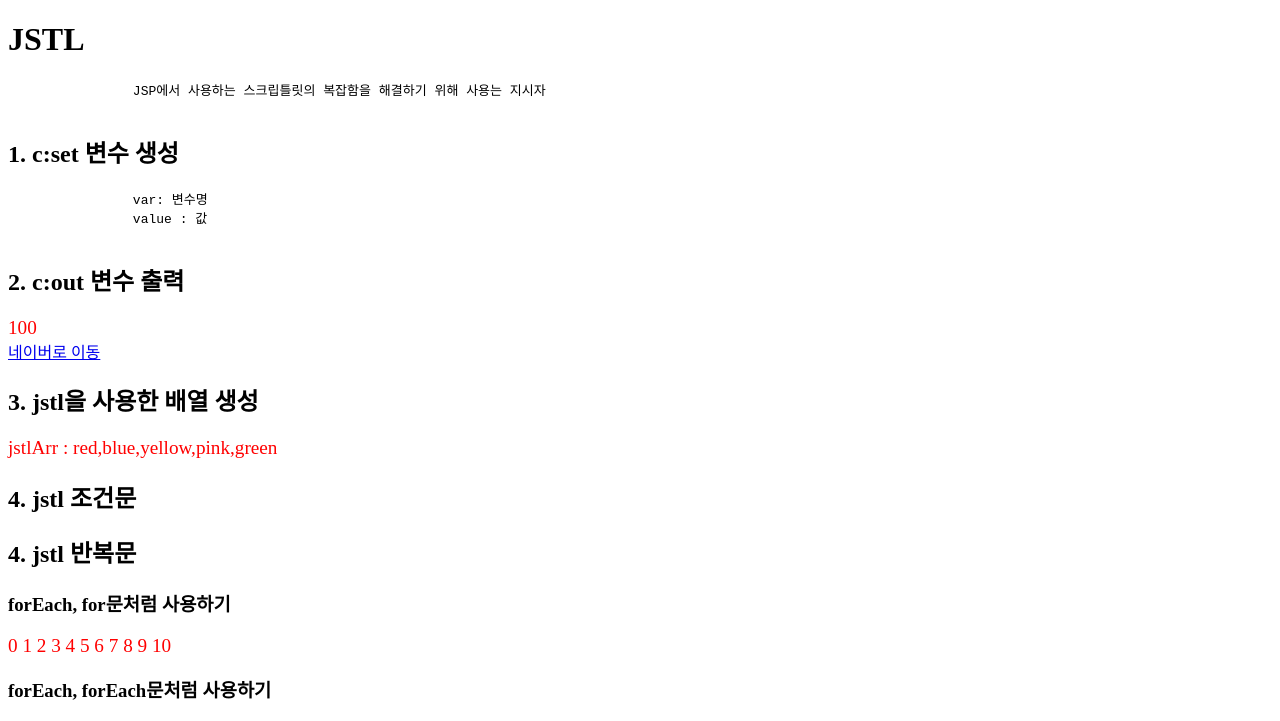
Repository: vaynel/StudyFile
Page: http://localhost/spring04_jsp/jstl
An editor plug-in stored every save of this project. The page is shown before and after the next save, followed by the edit.
The browser window is 1280 px wide. The pictures show the whole page.
The page is served by Tomcat 9.

Above is the page before, as saved 2023-01-20 02:18:44.

After the next save:
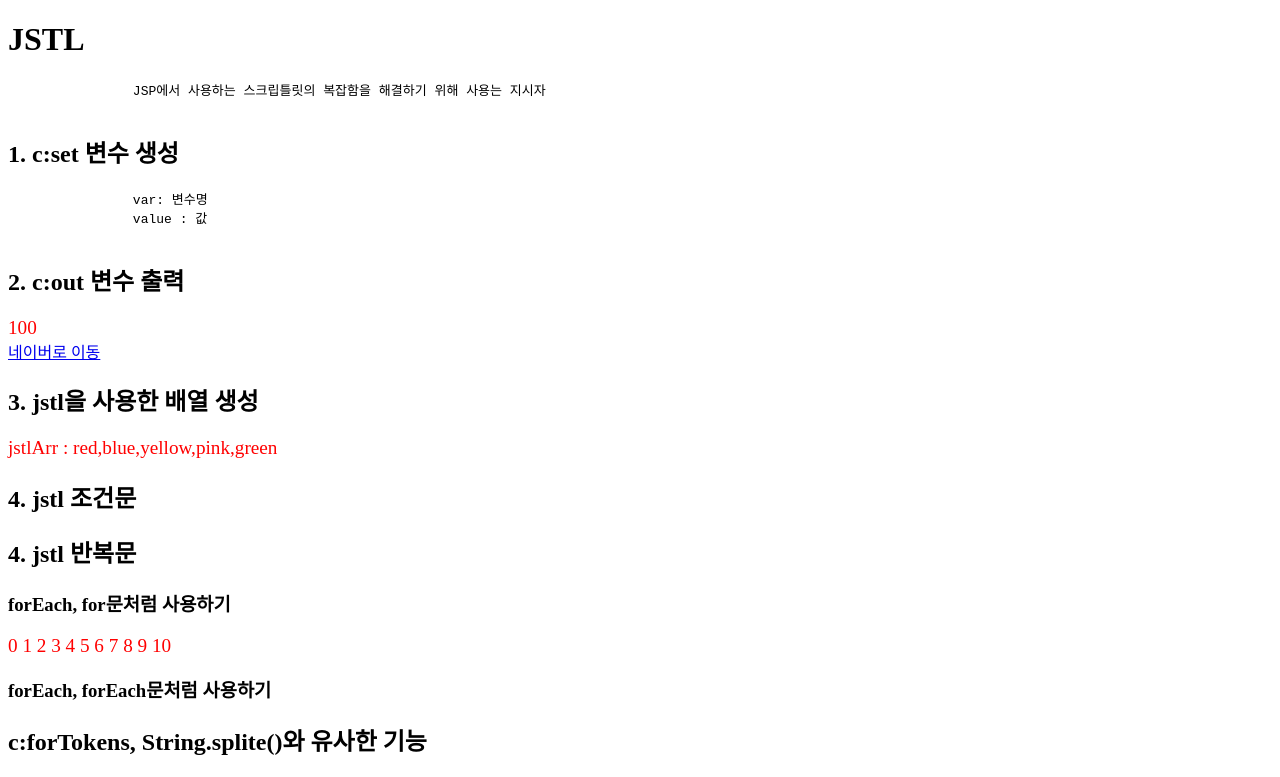
Saved 7 min 26 s later.
--- a/H_spring/spring04_jsp/WebContent/WEB-INF/views/el-jstl/jstl.jsp
+++ b/H_spring/spring04_jsp/WebContent/WEB-INF/views/el-jstl/jstl.jsp
@@ -50,6 +50,8 @@
 	<h3>forEach, forEach문처럼 사용하기</h3>
 
 
+	<h2>c:forTokens, String.splite()와 유사한 기능</h2>
+
 
 
 
